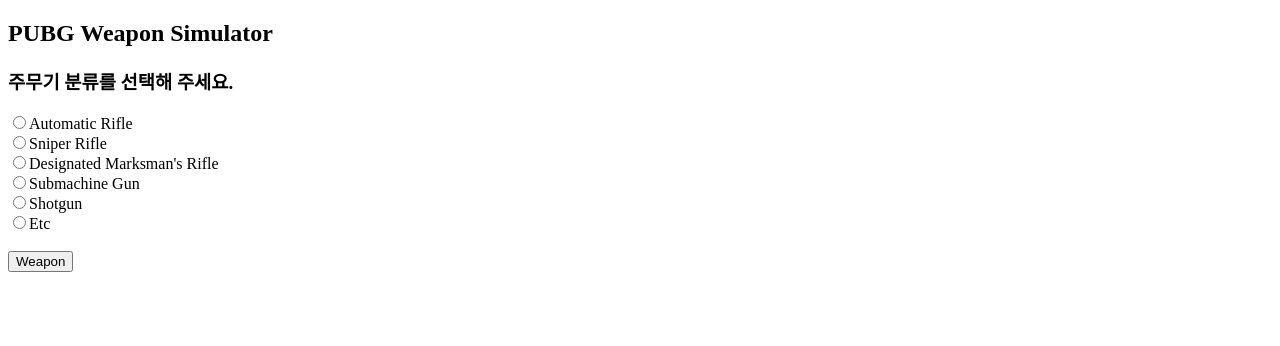
Repository: Tak-kuen/18-2
Page: http://localhost/1501163-report1/1_Start.jsp
These files come from the project's save history. The page is drawn as it stood at one moment and after the next save; the edit follows.
The browser window is 1280 px wide. The pictures show the whole page.
The page is served by Tomcat 9.

Above is the page before, as saved 2018-09-07 09:16:36.

### code/1501163-report1/WebContent/1_Start.jsp
<%@ page language="java" contentType="text/html; charset=UTF-8"
    pageEncoding="UTF-8"%>
<!DOCTYPE html>
<html>
<head>
<meta charset="UTF-8">
<title>1501163</title>
</head>
<body>
<h2>PUBG Weapon Simulator</h2>
<h3>주무기 분류를 선택해 주세요.</h3>
<form action="2_weaponSelect.jsp" method="post">
<input name="category" type="radio" value="ar" >Automatic Rifle<br/>
<input name="category" type="radio" value="sr">Sniper Rifle<br/>
<input name="category" type="radio" value="dmr">Designated Marksman's Rifle<br/>
<input name="category" type="radio" value="smg">Submachine Gun<br/>
<input name="category" type="radio" value="sg">Shotgun<br/>
<input name="category" type="radio" value="etc">Etc<br/>
<br/>
<input type="submit" value="Weapon">

</form>
</body>
</html>

After the next save:
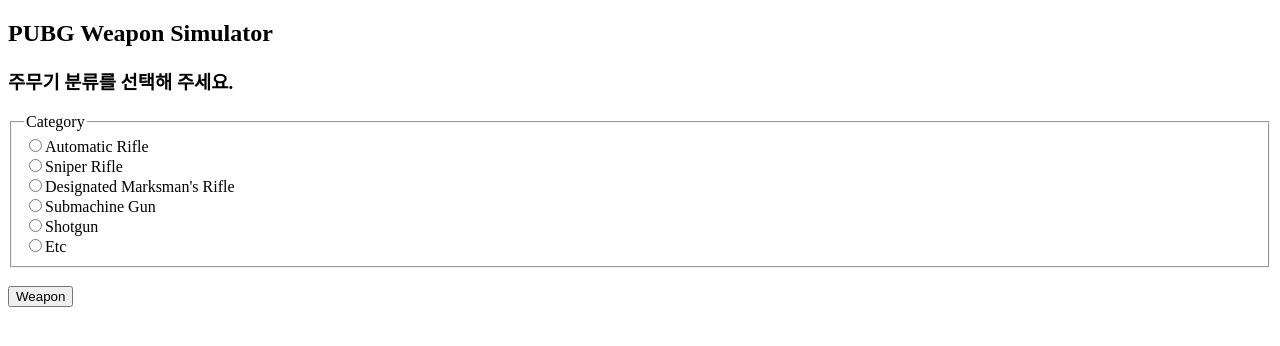
Saved 74 s later.
--- a/code/1501163-report1/WebContent/1_Start.jsp
+++ b/code/1501163-report1/WebContent/1_Start.jsp
@@ -10,12 +10,17 @@
 <h2>PUBG Weapon Simulator</h2>
 <h3>주무기 분류를 선택해 주세요.</h3>
 <form action="2_weaponSelect.jsp" method="post">
+<div>
+<fieldset>
+<legend>Category</legend>
 <input name="category" type="radio" value="ar" >Automatic Rifle<br/>
 <input name="category" type="radio" value="sr">Sniper Rifle<br/>
 <input name="category" type="radio" value="dmr">Designated Marksman's Rifle<br/>
 <input name="category" type="radio" value="smg">Submachine Gun<br/>
 <input name="category" type="radio" value="sg">Shotgun<br/>
 <input name="category" type="radio" value="etc">Etc<br/>
+</fieldset>
+</div>
 <br/>
 <input type="submit" value="Weapon">
 
